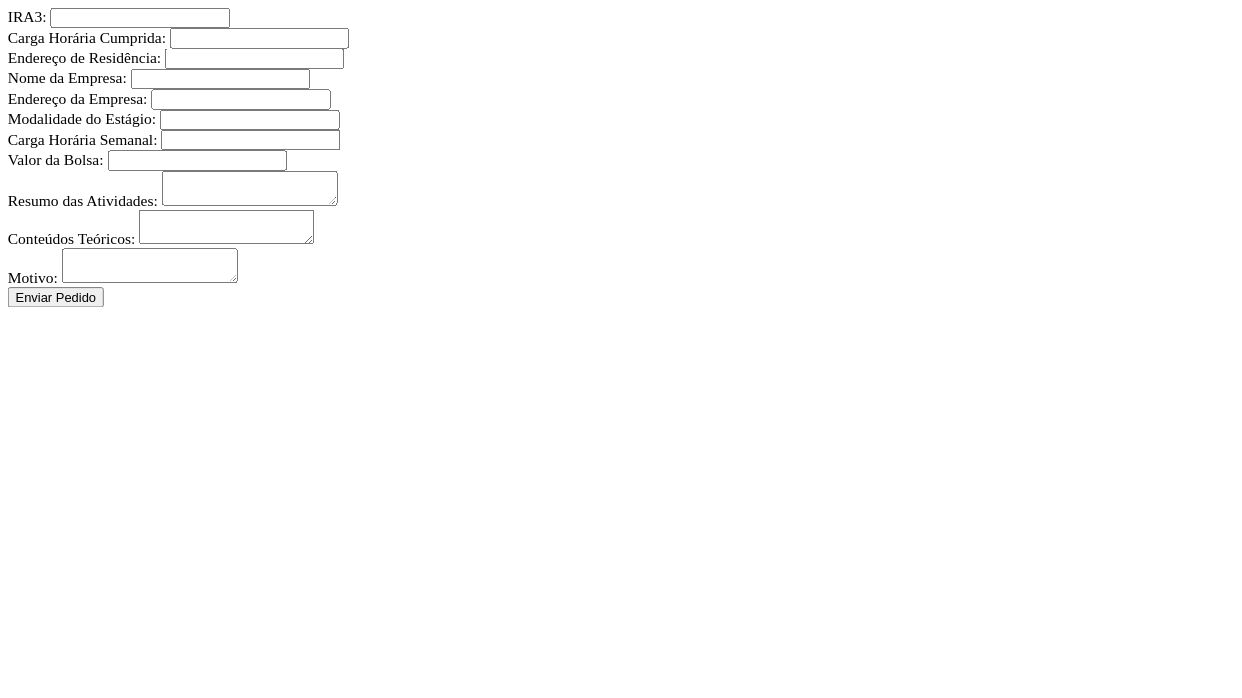
Repository: CronosUchoa/ArqSoft
Page: PedidoIntencaoNovoEstagioRTC-CS/src/main/webapp/index.html
An editor plug-in stored every save of this project. The page is shown before and after the next save, followed by the edit.
The browser window is 1280 px wide. The pictures show the whole page, at 97% of full size.

Above is the page before, as saved 2024-11-24 14:06:58.

After the next save:
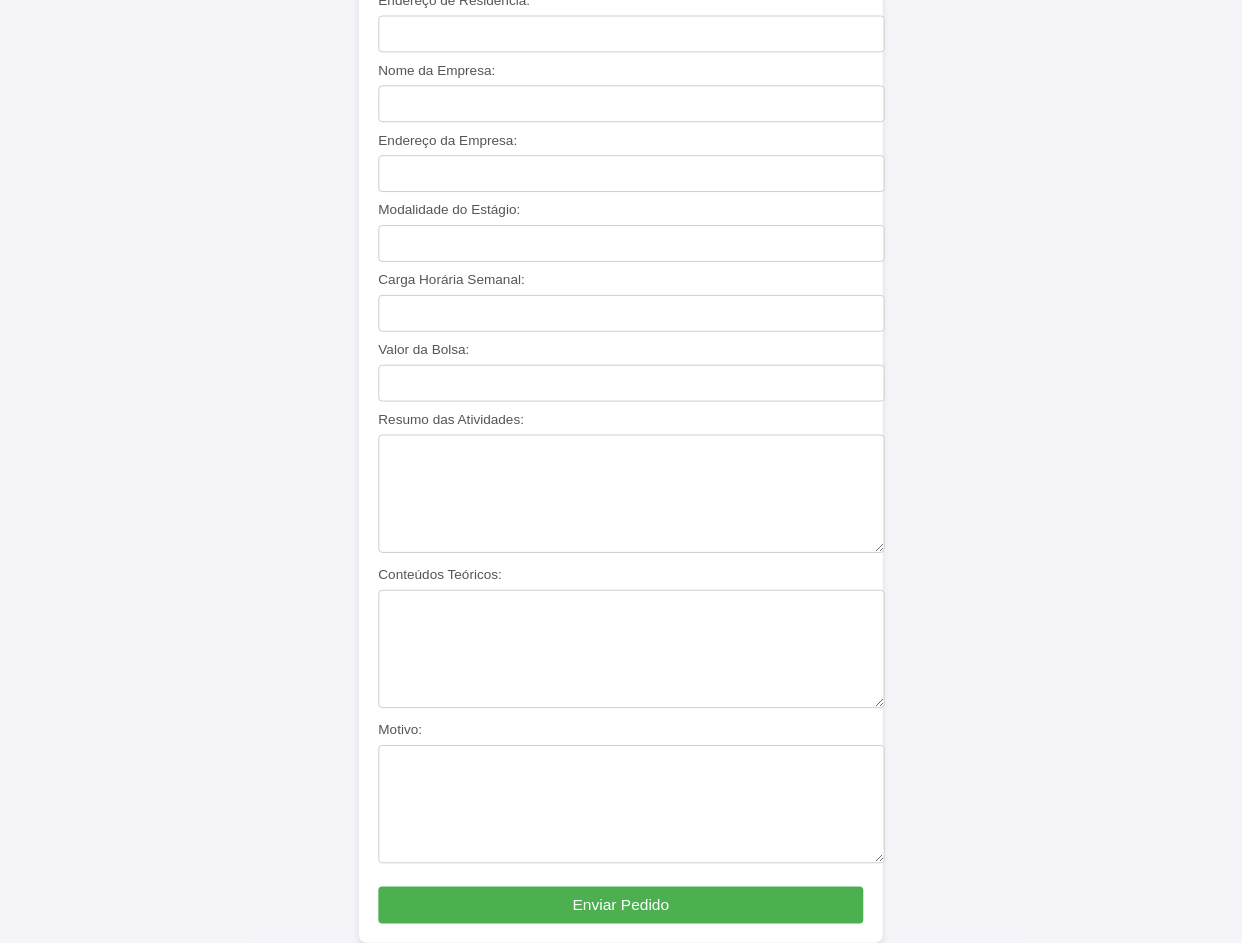
Saved 7 min 1 s later.
--- a/PedidoIntencaoNovoEstagioRTC-CS/src/main/webapp/index.html
+++ b/PedidoIntencaoNovoEstagioRTC-CS/src/main/webapp/index.html
@@ -1,15 +1,100 @@
-<form action="Controller" method="post">
-    <input type="hidden" name="action" value="criarPedidoIntencao">
-    IRA3: <input type="text" name="ira"><br>
-    Carga Horária Cumprida: <input type="text" name="cargaHorariaCumprida"><br>
-    Endereço de Residência: <input type="text" name="enderecoResidencia"><br>
-    Nome da Empresa: <input type="text" name="nomeEmpresa"><br>
-    Endereço da Empresa: <input type="text" name="enderecoEmpresa"><br>
-    Modalidade do Estágio: <input type="text" name="modalidadeEstagio"><br>
-    Carga Horária Semanal: <input type="text" name="cargaHorariaSemanal"><br>
-    Valor da Bolsa: <input type="text" name="valorBolsa"><br>
-    Resumo das Atividades: <textarea name="resumoAtividades"></textarea><br>
-    Conteúdos Teóricos: <textarea name="conteudosTeoricos"></textarea><br>
-    Motivo: <textarea name="motivo"></textarea><br>
-    <button type="submit">Enviar Pedido</button>
-</form>
+<!DOCTYPE html>
+<html lang="pt-br">
+<head>
+    <meta charset="UTF-8">
+    <meta name="viewport" content="width=device-width, initial-scale=1.0">
+    <title>Formulário de Pedido de Intenção</title>
+    <style>
+        body {
+            font-family: Arial, sans-serif;
+            background-color: #f4f4f9;
+            display: flex;
+            justify-content: center;
+            align-items: center;
+            height: 100vh;
+            margin: 0;
+        }
+        form {
+            background-color: #fff;
+            padding: 20px;
+            border-radius: 8px;
+            box-shadow: 0 4px 8px rgba(0, 0, 0, 0.1);
+            width: 100%;
+            max-width: 500px;
+        }
+        h1 {
+            text-align: center;
+            color: #333;
+        }
+        label {
+            font-size: 14px;
+            color: #555;
+            margin-top: 10px;
+            display: block;
+        }
+        input, textarea, button {
+            width: 100%;
+            padding: 10px;
+            margin-top: 8px;
+            border-radius: 4px;
+            border: 1px solid #ccc;
+            font-size: 14px;
+        }
+        textarea {
+            resize: vertical;
+            min-height: 100px;
+        }
+        button {
+            background-color: #4CAF50;
+            color: white;
+            border: none;
+            cursor: pointer;
+            font-size: 16px;
+            margin-top: 20px;
+        }
+        button:hover {
+            background-color: #45a049;
+        }
+    </style>
+</head>
+<body>
+    <form action="Controller" method="post">
+        <h1>Pedido de Intenção de Estágio</h1>
+        <input type="hidden" name="action" value="criarPedidoIntencao">
+        <label for="ira">IRA:</label>
+        <input type="text" name="ira" id="ira" required><br>
+
+        <label for="cargaHorariaCumprida">Carga Horária Cumprida:</label>
+        <input type="text" name="cargaHorariaCumprida" id="cargaHorariaCumprida" required><br>
+
+        <label for="enderecoResidencia">Endereço de Residência:</label>
+        <input type="text" name="enderecoResidencia" id="enderecoResidencia" required><br>
+
+        <label for="nomeEmpresa">Nome da Empresa:</label>
+        <input type="text" name="nomeEmpresa" id="nomeEmpresa" required><br>
+
+        <label for="enderecoEmpresa">Endereço da Empresa:</label>
+        <input type="text" name="enderecoEmpresa" id="enderecoEmpresa" required><br>
+
+        <label for="modalidadeEstagio">Modalidade do Estágio:</label>
+        <input type="text" name="modalidadeEstagio" id="modalidadeEstagio" required><br>
+
+        <label for="cargaHorariaSemanal">Carga Horária Semanal:</label>
+        <input type="text" name="cargaHorariaSemanal" id="cargaHorariaSemanal" required><br>
+
+        <label for="valorBolsa">Valor da Bolsa:</label>
+        <input type="text" name="valorBolsa" id="valorBolsa" required><br>
+
+        <label for="resumoAtividades">Resumo das Atividades:</label>
+        <textarea name="resumoAtividades" id="resumoAtividades" required></textarea><br>
+
+        <label for="conteudosTeoricos">Conteúdos Teóricos:</label>
+        <textarea name="conteudosTeoricos" id="conteudosTeoricos" required></textarea><br>
+
+        <label for="motivo">Motivo:</label>
+        <textarea name="motivo" id="motivo" required></textarea><br>
+
+        <button type="submit">Enviar Pedido</button>
+    </form>
+</body>
+</html>
